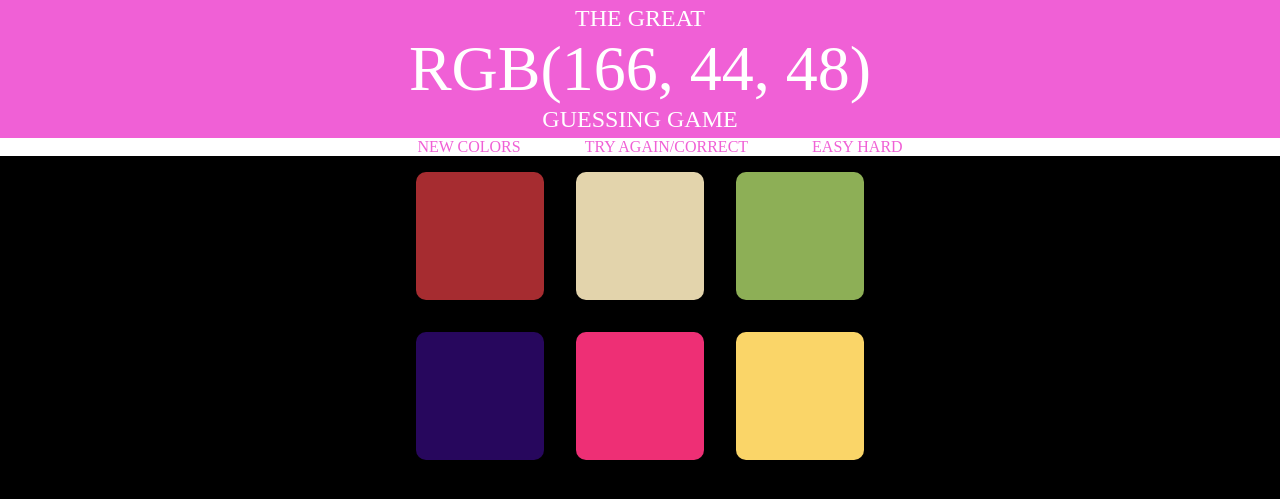
Repository: EEOOOO/javascript-projects
Page: rgbColorGameApp/index.html
These files come from the project's save history. The page is drawn as it stood at one moment and after the next save; the edit follows.
The browser window is 1280 px wide. The pictures show the whole page.
After loading, the first visible `div.playNewGameButton` was clicked once.

Above is the page before, as saved 2022-07-19 15:20:57.
Console error: TypeError: Cannot read properties of undefined (reading 'style')

After the next save:
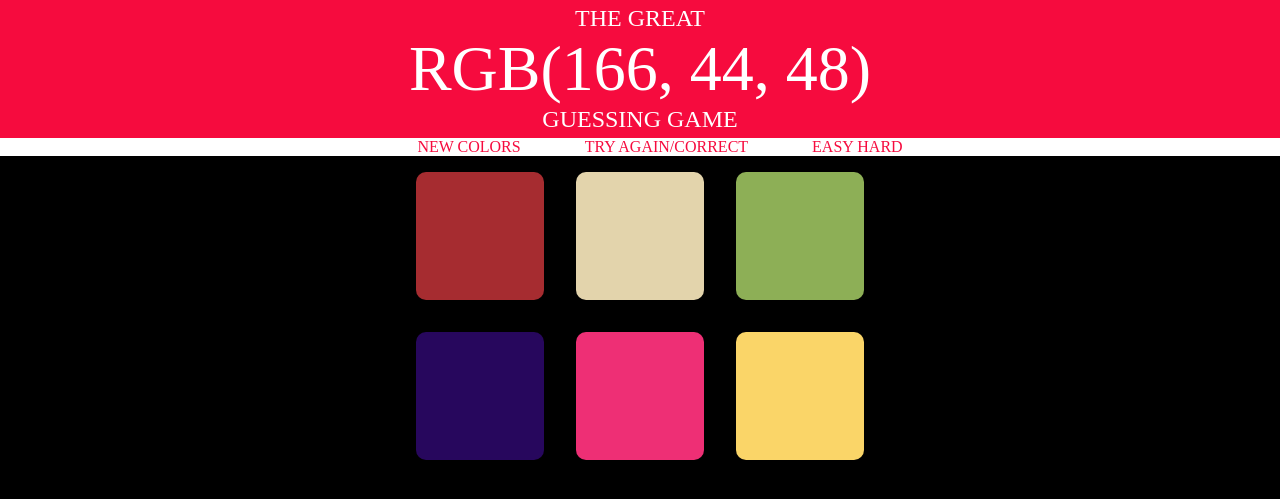
The error is gone.
Saved 3 min 25 s later.
--- a/rgbColorGameApp/rgbColorGame.js
+++ b/rgbColorGameApp/rgbColorGame.js
@@ -24,7 +24,7 @@ function initGame(){
     // 그 중 첫 번째가 정답 색 , rgbQuestion 글자 넣어주기
     let answer = randomColors[0];
     rgbQuestion.textContent = answer;
-    for (let i = 0; i < randomColors.length; i++){
+    for (let i = 0; i < randomColors.length-1; i++){
         console.dir(colorBox[i]);
         colorBox[i].style.backgroundColor = randomColors[i];
     }
